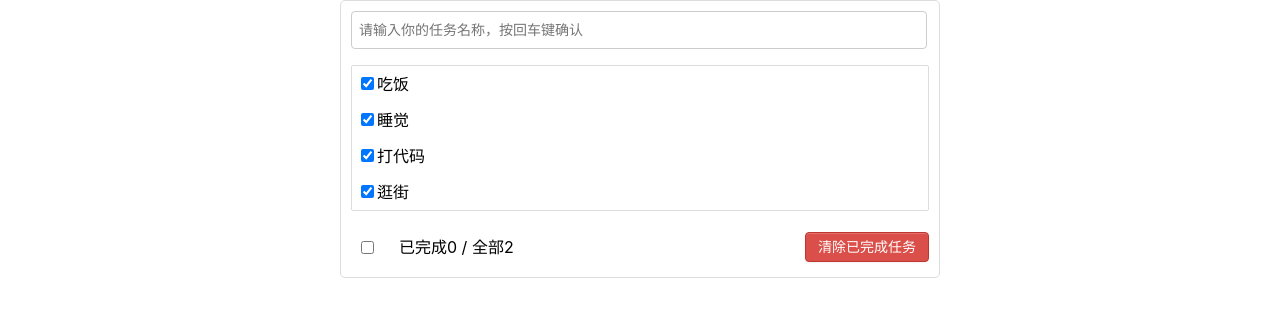
Repository: 0118Inory/react_bases
Page: /
An editor plug-in stored every save of this project. The page is shown before and after the next save, followed by the edit.
The browser window is 1280 px wide. The pictures show the whole page.
The project was rebuilt for these pictures with package versions that can differ from the ones it lists, and the page was loaded fresh each time.

Above is the page before, as saved 2022-03-01 11:09:08.

### public/index.html
<!DOCTYPE html>
<html lang="en">
  <head>
    <meta charset="utf-8" />
    <!--%PUBLIC_URL% 代表public的路径 -->
    <link rel="icon" href="%PUBLIC_URL%/favicon.ico" />
    <!-- 开启理想视口，用于移动端网页的适配 -->
    <meta name="viewport" content="width=device-width, initial-scale=1" />
    <!-- 用于配置浏览器页签+地址栏的颜色（仅支持安卓手机浏览器） -->
    <meta name="theme-color" content="#000000" />
    <meta
      name="description"
      content="Web site created using create-react-app"
    />
    <!-- 用于指定网页添加到手机主屏幕后的图标 -->
    <link rel="apple-touch-icon" href="%PUBLIC_URL%/logo192.png" />
    <!-- 应用加壳时的配置文件   可以封装称app  手机移动版 -->

    <link rel="manifest" href="%PUBLIC_URL%/manifest.json" />

    <title>React App</title>
  </head>
  <body>
    <noscript>You need to enable JavaScript to run this app.</noscript>
    <div id="root"></div>

  </body>
</html>

### src/App.js
import React, { Component } from "react";
import "./App.css";
import Header from './components/Header'
import List from './components/List'
import Footer from './components/Footer'

export default class App extends Component {
  // 初始化状态
  state={todos:[
    {id:'001',name:'吃饭',done:'true'},
    {id:'002',name:'睡觉',done:'true'},
    {id:'003',name:'打代码',done:'false'},
    {id:'004',name:'逛街',done:'false'},
  ]}
  render() {
    const {todos} =this.state
    return (
      <div>
        <div className="todo-container">
          <div className="todo-wrap">
           <Header/>
           <List todos={todos}/>
            <Footer/>
          </div>
        </div>
      </div>
    );
  }
}

### src/App.css
.App {
  text-align: center;
}

.App-logo {
  height: 40vmin;
  pointer-events: none;
}

@media (prefers-reduced-motion: no-preference) {
  .App-logo {
    animation: App-logo-spin infinite 20s linear;
  }
}

.App-header {
  background-color: #282c34;
  min-height: 100vh;
  display: flex;
  flex-direction: column;
  align-items: center;
  justify-content: center;
  font-size: calc(10px + 2vmin);
  color: white;
}

.App-link {
  color: #61dafb;
}

@keyframes App-logo-spin {
  from {
    transform: rotate(0deg);
  }
  to {
    transform: rotate(360deg);
  }
}
/*base*/
body {
  background: #fff;
}

.btn {
  display: inline-block;
  padding: 4px 12px;
  margin-bottom: 0;
  font-size: 14px;
  line-height: 20px;
  text-align: center;
  vertical-align: middle;
  cursor: pointer;
  box-shadow: inset 0 1px 0 rgba(255, 255, 255, 0.2), 0 1px 2px rgba(0, 0, 0, 0.05);
  border-radius: 4px;
}

.btn-danger {
  color: #fff;
  background-color: #da4f49;
  border: 1px solid #bd362f;
}

.btn-danger:hover {
  color: #fff;
  background-color: #bd362f;
}

.btn:focus {
  outline: none;
}

.todo-container {
  width: 600px;
  margin: 0 auto;
}
.todo-container .todo-wrap {
  padding: 10px;
  border: 1px solid #ddd;
  border-radius: 5px;
}

### src/components/Header/index.jsx
import React, { Component } from 'react'
import './index.css'

export default class Header extends Component {
  render() {
    return (
     <div className="todo-header">
      <input
        type="text"
        placeholder="请输入你的任务名称，按回车键确认"
      />
    </div>
    )
  }
}

### src/components/List/index.jsx
import React, { Component } from 'react'
import './index.css'
import Item from '../Item'

export default class List extends Component {
  render() {
    const {todos}=this.props
    return (
      <ul className="todo-main">
        {
          todos.map((todo)=>{
            return (
              <Item key={todo.id} {...todo}/>
            )
          })
        }
    </ul>
    )
  }
}

### src/components/Footer/index.jsx
import React, { Component } from 'react'
import './index.css'

export default class Footer extends Component {
  render() {
    return (
        <div className="todo-footer">
        <label>
          <input type="checkbox" />
        </label>
        <span>
          <span>已完成0</span> / 全部2
        </span>
        <button className="btn btn-danger">清除已完成任务</button>
      </div>
    )
  }
}

### src/components/Item/index.jsx
import React, { Component } from 'react'
import './index.css'

export default class Item extends Component {

  render() {
    const{name,done}=this.props
    return (
      <div>
        <li>
          <label>
            <input type="checkbox" defaultChecked={done}/>
            <span>{name}</span>
          </label>
          <button className="btn btn-danger" style={{ display: 'none' }}>
            删除
          </button>
        </li></div>
    )
  }
}

### src/components/Footer/index.css

/*footer*/
.todo-footer {
    height: 40px;
    line-height: 40px;
    padding-left: 6px;
    margin-top: 5px;
  }

  .todo-footer label {
    display: inline-block;
    margin-right: 20px;
    cursor: pointer;
  }

  .todo-footer label input {
    position: relative;
    top: -1px;
    vertical-align: middle;
    margin-right: 5px;
  }

  .todo-footer button {
    float: right;
    margin-top: 5px;
  }

### src/components/Item/index.css

/*item*/
li {
    list-style: none;
    height: 36px;
    line-height: 36px;
    padding: 0 5px;
    border-bottom: 1px solid #ddd;
  }

  li label {
    float: left;
    cursor: pointer;
  }

  li label li input {
    vertical-align: middle;
    margin-right: 6px;
    position: relative;
    top: -1px;
  }

  li button {
    float: right;
    display: none;
    margin-top: 3px;
  }

  li:before {
    content: initial;
  }

  li:last-child {
    border-bottom: none;
  }

Loaded but not shown: src/index.js (common file); src/index.css (common file); src/reportWebVitals.js (common file); src/components/Header/index.css (common file); src/components/List/index.css (common file)

After the next save:
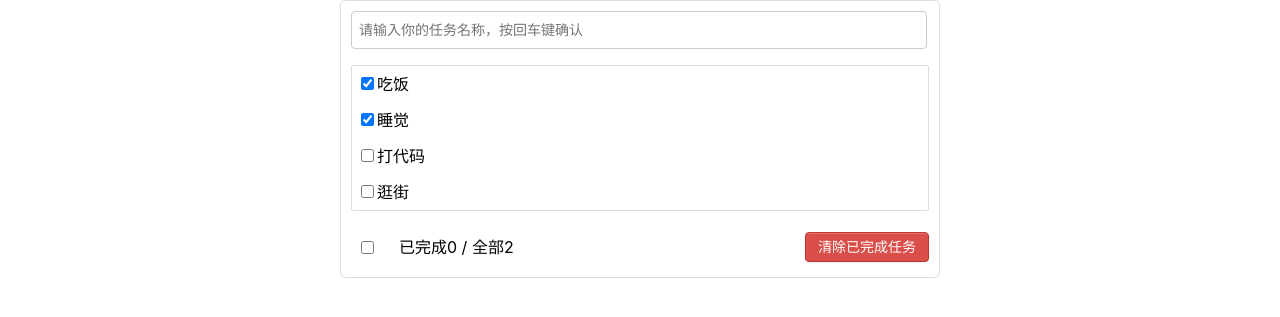
Saved 49 s later.
--- a/src/App.js
+++ b/src/App.js
@@ -7,10 +7,10 @@ import Footer from './components/Footer'
 export default class App extends Component {
   // 初始化状态
   state={todos:[
-    {id:'001',name:'吃饭',done:'true'},
-    {id:'002',name:'睡觉',done:'true'},
-    {id:'003',name:'打代码',done:'false'},
-    {id:'004',name:'逛街',done:'false'},
+    {id:'001',name:'吃饭',done:true},
+    {id:'002',name:'睡觉',done:true},
+    {id:'003',name:'打代码',done:false},
+    {id:'004',name:'逛街',done:false},
   ]}
   render() {
     const {todos} =this.state
